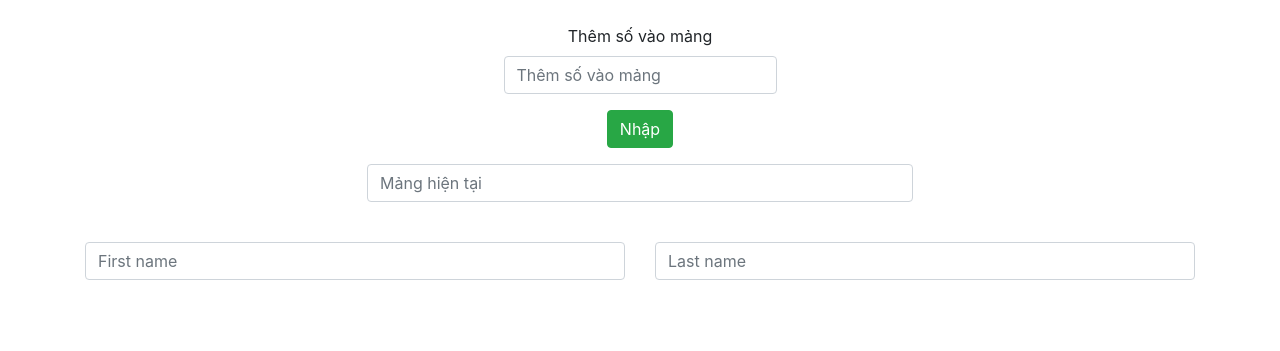
Repository: baobaodeveloper/bootcamp21__array__HuynhAnhBao
Page: index.html
An editor plug-in stored every save of this project. The page is shown before and after the next save, followed by the edit.
The browser window is 1280 px wide. The pictures show the whole page.

Above is the page before, as saved 2022-03-20 16:58:09.

### index.html
<!DOCTYPE html>
<html lang="en">
  <head>
    <title>JavaScript Array</title>
    <!-- Required meta tags -->
    <meta charset="utf-8" />
    <meta
      name="viewport"
      content="width=device-width, initial-scale=1, shrink-to-fit=no"
    />

    <!-- Bootstrap CSS -->
    <link
      rel="stylesheet"
      href="https://stackpath.bootstrapcdn.com/bootstrap/4.3.1/css/bootstrap.min.css"
      integrity="sha384-ggOyR0iXCbMQv3Xipma34MD+dH/1fQ784/j6cY/iJTQUOhcWr7x9JvoRxT2MZw1T"
      crossorigin="anonymous"
    />
  </head>
  <body>
    <div class="container d-flex justify-content-center align-items-center p-4">
      <div
        class="mb-3 text-center w-50 d-flex flex-column justify-content-center align-items-center"
      >
        <label class="form-label">Thêm số vào mảng</label>
        <input
          type="number"
          class="form-control w-50"
          id="number"
          placeholder="Thêm số vào mảng"
          value=""
        />
        <button type="button" class="btn btn-success m-3" id="input">
          Nhập
        </button>
        <input
          type="text"
          class="form-control d-block w-100"
          id="array-current"
          placeholder="Mảng hiện tại"
        />
      </div>
    </div>

    <div class="container">
      <div class="row">
        <div class="col">
          <input
            type="text"
            class="form-control"
            placeholder="First name"
            aria-label="First name"
          />
        </div>
        <div class="col">
          <input
            type="text"
            class="form-control"
            placeholder="Last name"
            aria-label="Last name"
          />
        </div>
      </div>
    </div>
    <!-- Optional JavaScript -->
    <!-- jQuery first, then Popper.js, then Bootstrap JS -->
    <script
      src="https://code.jquery.com/jquery-3.3.1.slim.min.js"
      integrity="sha384-q8i/X+965DzO0rT7abK41JStQIAqVgRVzpbzo5smXKp4YfRvH+8abtTE1Pi6jizo"
      crossorigin="anonymous"
    ></script>
    <script
      src="https://cdnjs.cloudflare.com/ajax/libs/popper.js/1.14.7/umd/popper.min.js"
      integrity="sha384-UO2eT0CpHqdSJQ6hJty5KVphtPhzWj9WO1clHTMGa3JDZwrnQq4sF86dIHNDz0W1"
      crossorigin="anonymous"
    ></script>
    <script
      src="https://stackpath.bootstrapcdn.com/bootstrap/4.3.1/js/bootstrap.min.js"
      integrity="sha384-JjSmVgyd0p3pXB1rRibZUAYoIIy6OrQ6VrjIEaFf/nJGzIxFDsf4x0xIM+B07jRM"
      crossorigin="anonymous"
    ></script>
    <script src="app.js"></script>
  </body>
</html>

### app.js
const number = document.getElementById("number");
let arr = [];
document.getElementById("input").addEventListener("click", () => {
  const numberValue = number.value;
  if (!numberValue) return;

  arr.push(+numberValue);
  number.value = "";
  console.log(arr);
  document.getElementById("array-current").value = arr.join(" - ");
});

After the next save:
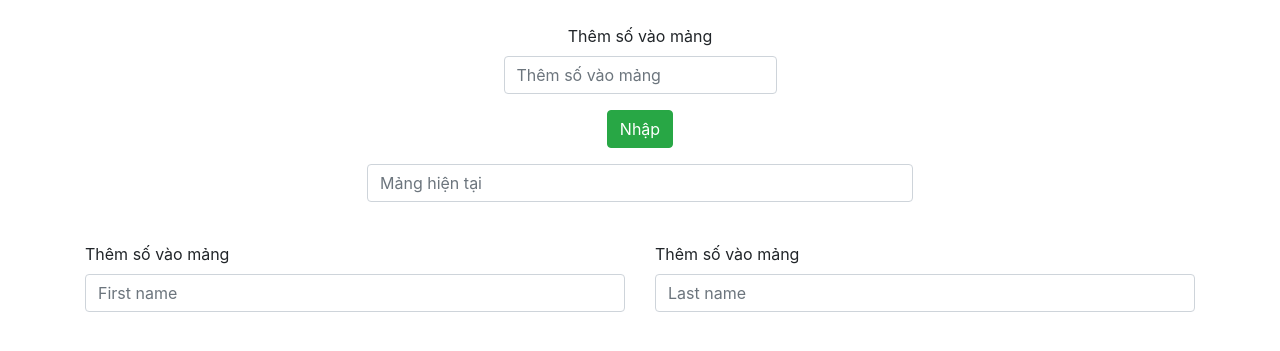
Saved 28 s later.
--- a/index.html
+++ b/index.html
@@ -45,6 +45,7 @@
     <div class="container">
       <div class="row">
         <div class="col">
+          <label class="form-label">Thêm số vào mảng</label>
           <input
             type="text"
             class="form-control"
@@ -53,6 +54,7 @@
           />
         </div>
         <div class="col">
+          <label class="form-label">Thêm số vào mảng</label>
           <input
             type="text"
             class="form-control"
